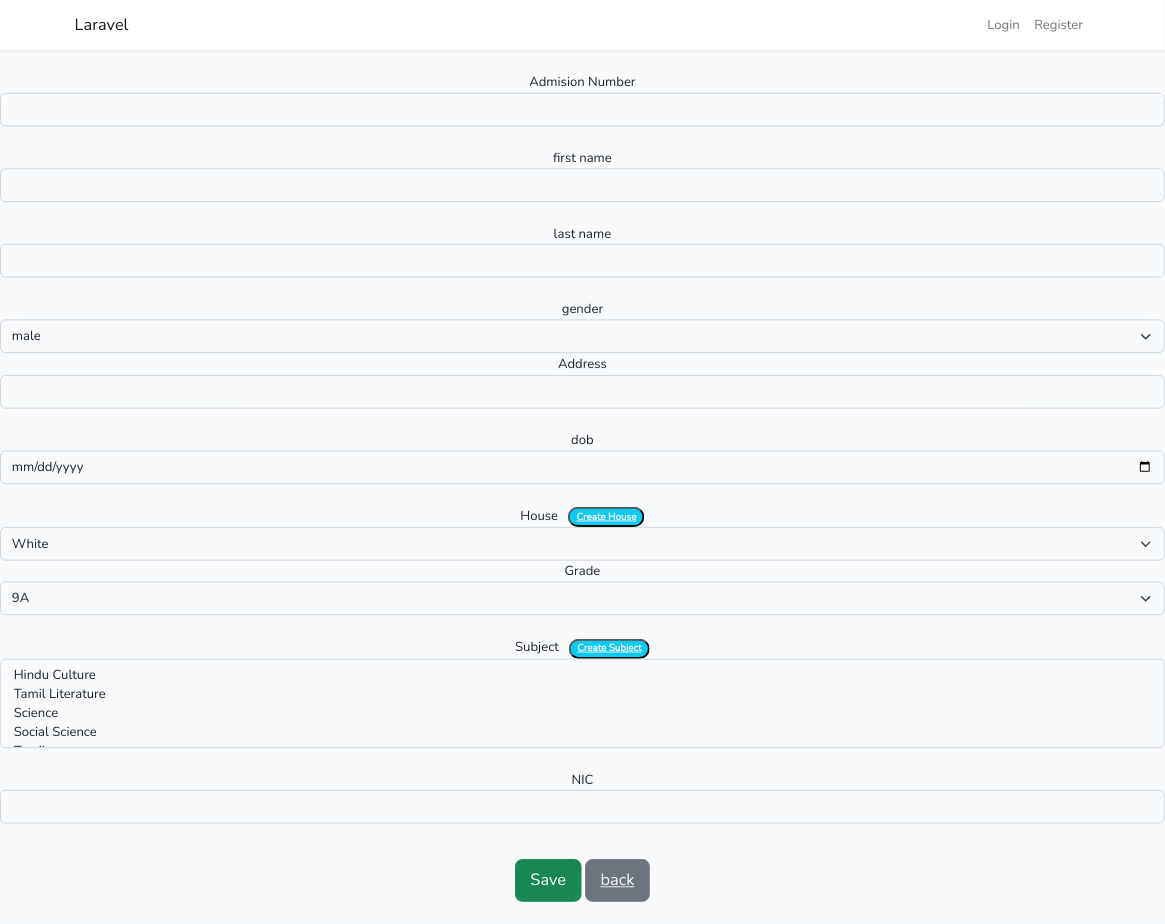
Repository: rkrukshan/Simple_CRUD_Student_Management_System_with_Laravel
Page: http://localhost/student/create
The author's editor kept a copy of each file at every save. The page is drawn from the files as they stood at one save, then again after the next save.
The browser window is 1280 px wide. The pictures show the whole page, at 91% of full size.
The page is served by the project's Laravel application, run on PHP 8.4 with Laravel 10. Style sheets and scripts are compiled from the project's sources, by tool versions that may differ from the author's. The database holds what the project's SQL file puts in it.

Above is the page before, as saved 2023-09-30 01:25:25.

After the next save:
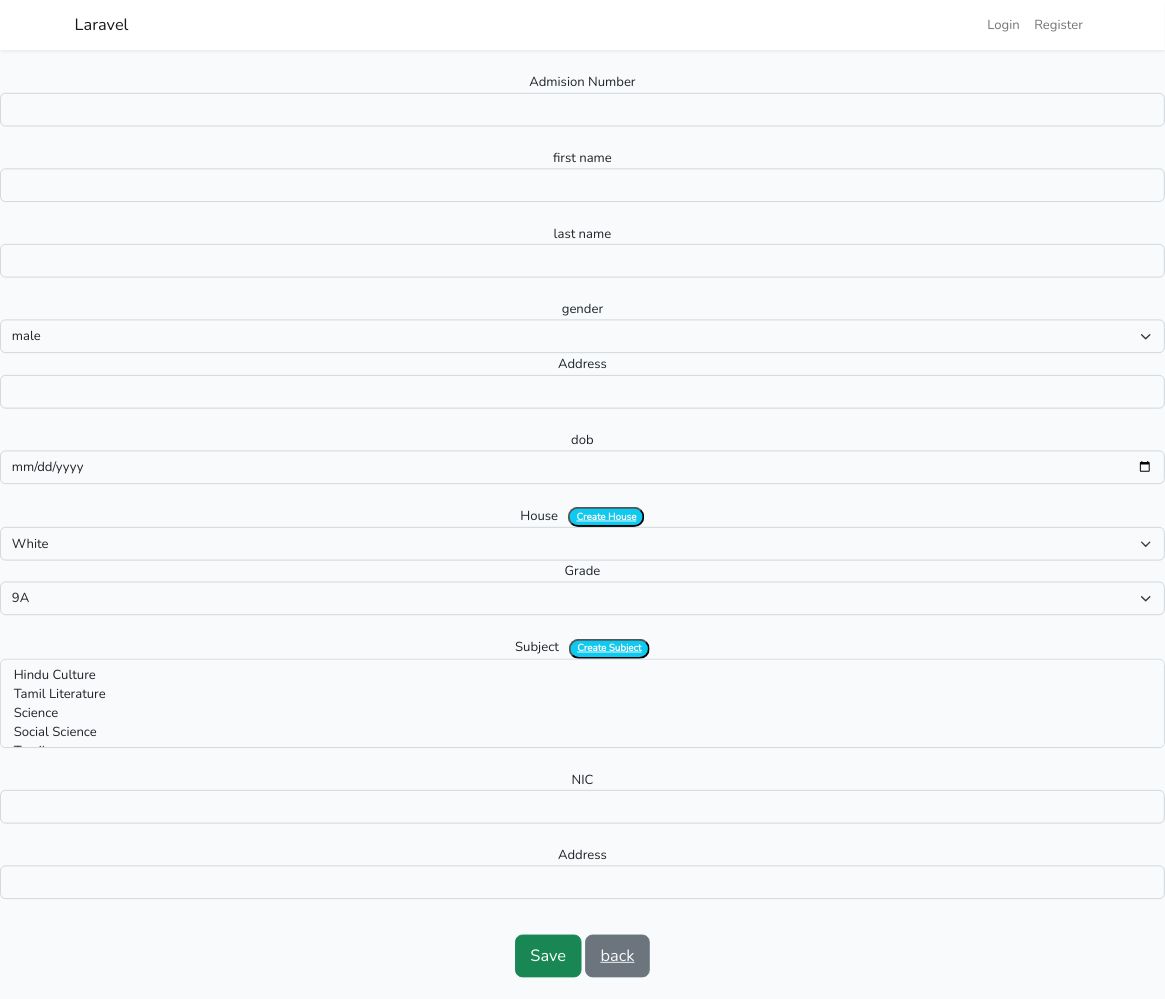
Saved 54 s later.
--- a/resources/views/student/create.blade.php
+++ b/resources/views/student/create.blade.php
@@ -103,6 +103,12 @@
             </div>
             @endif
 
+
+
+            <label for="address">Address</label><input type="text" name="address" id="" class="form-control"><br>
+         @if($errors->has('address'))
+            <div class="alert alert-danger">{{ $errors->first('address') }}</div>
+            @endif
             </table>
 </center>
     <center>
